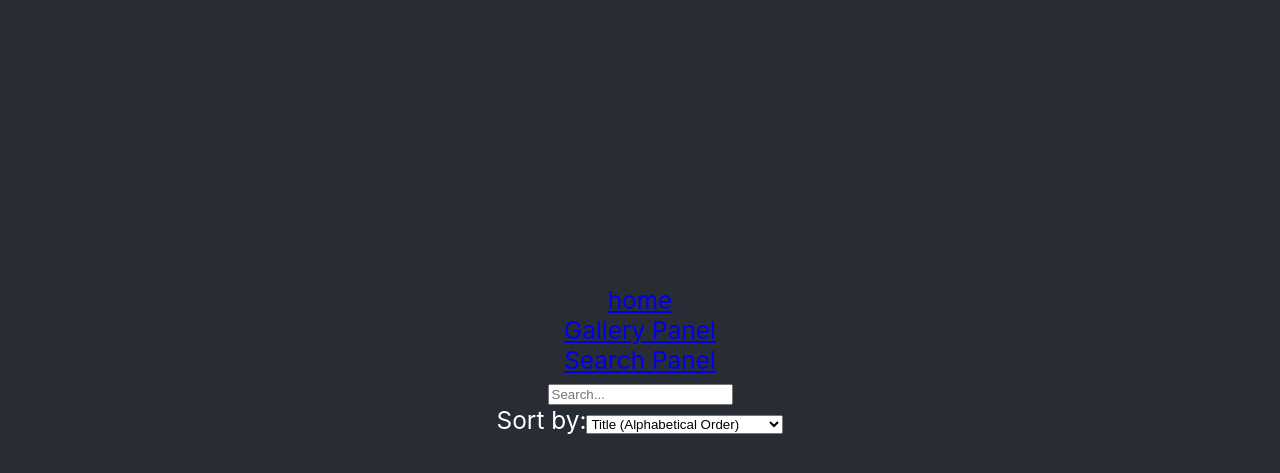
Repository: ZhengyuLi0929/ArtMuseum_ArtIC
Page: /list
An editor plug-in stored every save of this project. The page is shown before and after the next save, followed by the edit.
The browser window is 1280 px wide. The pictures show the whole page.
The project was rebuilt for these pictures with package versions that can differ from the ones it lists, and the page was loaded fresh each time. Also part of the build but not shown: src/home.tsx, src/gallery.tsx.

Above is the page before, as saved 2023-01-11 01:28:02.

### src/App.tsx
import React from 'react';
//import logo from './logo.svg';
import './App.css';
import {
  BrowserRouter as Router,
  Route,
  Routes,
  Link} from "react-router-dom"

import HomeView from './home';
import GalleryView from './gallery';
import ListView from './list';

function App() {
  return (
    <Router>
    <div className="App">
      <header className="App-header">
        <Link to ="/"> home </Link>
        <Link to ="/gallery"> Gallery Panel </Link>
        <Link to ="/list"> Search Panel </Link>
          <Routes>
            <Route path = "/" element = {<HomeView></HomeView>}/>
            <Route path = "/gallery" element = {<GalleryView></GalleryView>}/>
            <Route path = "/list" element = {<ListView></ListView>}/>
          </Routes>
      </header>
    </div>
    </Router>
  );
}

export default App;

### src/list.tsx
import * as React from 'react';
import axios from 'axios';

interface Image {
  id: number;
  image_id: string;
  title: string;
  url: string;
//   date_start: string;
//   _score: number;
}

interface State {
  searchTerm: string;
  searchResults: Image[];
  sortBy: 'title' | 'id';
}

const api = axios.create({ baseURL: 'https://api.artic.edu/api/v1/' });

class ListView extends React.Component<{}, State> {
  constructor(props: {}) {
    super(props);
    this.state = {
      searchTerm: '',
      searchResults: [],
      sortBy: 'title'
    };
  }

  handleSortChange = (event: React.ChangeEvent<HTMLSelectElement>) => {
    this.setState({ sortBy: event.target.value as 'title' | 'id' });
  }

  handleSearch = async (event: React.ChangeEvent<HTMLInputElement>) => {
    this.setState({searchTerm: event.target.value});

    try {
        const searchResponse = await api.get(`artworks/search?q=${this.state.searchTerm}&&fields=id,title,image_id&&limit=50`);
        const searchResults = searchResponse.data.data.map((image: Image) => {
          return {
            id: image.id,
            title: image.title,
            image_id: image.image_id,
            url: `http://www.artic.edu/iiif/2/${image.image_id}/full/843,/0/default.jpg`,
            // date_start: artworkData.date_start
          }
        });
        if (this.state.sortBy === 'title'){
            searchResults.sort((a: Image, b:Image) => (a.title > b.title) ? 1 : -1);
        }
        else if (this.state.sortBy === 'id'){
            searchResults.sort((a: Image, b:Image) => (a.id > b.id) ? 1 : -1);
        }
        this.setState({ searchResults });
      } catch (error) {
        console.log(error);
      }
    // make the api call
    // try {
    //     const response = await api.get(`artworks/search?q=${this.state.searchTerm}&&fields=id,title,image_id&&limit=50`);
    //     const tempResults = response.data.data.map((image: Image) => {
    //       return {
    //         id: image.id,
    //         title: image.title,
    //         url: `http://www.artic.edu/iiif/2/${image.image_id}/full/843,/0/default.jpg`
    //       }
    //     });
    //     this.setState({ searchResults: tempResults });
    // } catch (error) {
    //     console.log(error);
    // }
  }

  render() {
    return (
      <div>
        <input
          type="text"
          placeholder="Search..."
          value={this.state.searchTerm}
          onChange={this.handleSearch}
        />
        <div>
          <label>
            Sort by:
            <select value={this.state.sortBy} onChange={this.handleSortChange}>
              <option value="title">Title (Alphabetical Order) </option>
              <option value="date_start">Id (item ID assigned by ArtIC)</option>
            </select>
          </label>
        </div>
        <div>
          {this.state.searchResults.map((result, index) => (
            <div key={result.id}>
              <h2>{result.title}</h2>
              <img src={result.url} height = "200" alt={result.title}/>
              {this.state.sortBy === 'id' && <p>ID: {result.id}</p>}
            </div>
          ))}
        </div>
      </div>
    );
  }

}

export default ListView;



// export default function ListView(){
    // interface Image{
    //     id: number
    //     image_id: string
    //     title: string
    //     _score: number
    // }
    // const [imagesUrl, setImagesUrl] = useState<string[]>([]);
    // const [title, setTitle] = useState<string []>([]);

    // const api = axios.create({baseURL: 'https://api.artic.edu/api/v1/'})

    // api.get('artworks/search?q=monet&&fields=id,title,image_id&&limit=50')
    //     .then((res) => {
    //         const tempImage : string [] = []
    //         const tempTitle: string [] = []
    //         if (res.data) {
    //             res.data.data.map
    //             ((image: Image) =>{tempImage.push(`http://www.artic.edu/iiif/2/${image.image_id}/full/843,/0/default.jpg`)})
    //             res.data.data.map((image:Image) => {tempTitle.push(`${image.title}`)})
    //             setImagesUrl(tempImage)
    //             setTitle(tempTitle)
    //         }
    //     }
    //     )

//     return(
//         <div>
//             <div>
//                 Here is the Gallery Panel!
//             </div>
//             {
//                 imagesUrl.length ? imagesUrl.map(
//                     (url:string) => {
//                         return (
//                         <img src = {url} height = "200"></img>
//                         )
//                     }
//                 ) : <></>
//             }
//             {/* {
//                 title.length ? title.map(
//                     (name:string) => {
//                         return (
//                         <div>{name}</div>
//                         )
//                     }
//                 ) : <></>
//             } */}
//         </div>
//     )
// }

Loaded but not shown: public/index.html (common file); src/index.tsx (common file); src/index.css (common file); src/reportWebVitals.ts (common file); src/App.css (common file)

After the next save:
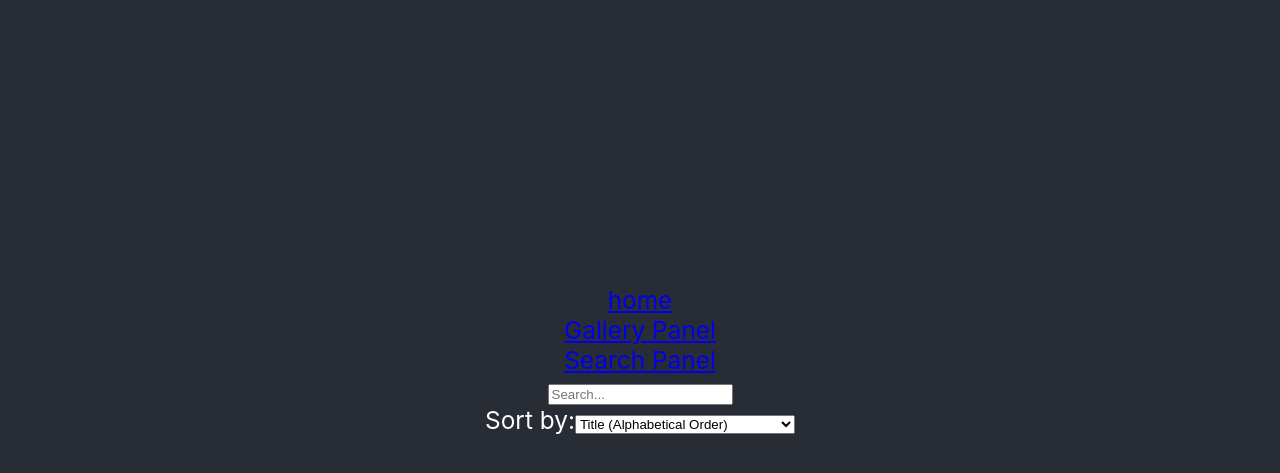
Saved 4 min 30 s later.
--- a/src/list.tsx
+++ b/src/list.tsx
@@ -6,14 +6,15 @@ interface Image {
   image_id: string;
   title: string;
   url: string;
+  width: number;
 //   date_start: string;
-//   _score: number;
+  _score: number;
 }
 
 interface State {
   searchTerm: string;
   searchResults: Image[];
-  sortBy: 'title' | 'id';
+  sortBy: 'title' | 'score';
 }
 
 const api = axios.create({ baseURL: 'https://api.artic.edu/api/v1/' });
@@ -29,7 +30,7 @@ class ListView extends React.Component<{}, State> {
   }
 
   handleSortChange = (event: React.ChangeEvent<HTMLSelectElement>) => {
-    this.setState({ sortBy: event.target.value as 'title' | 'id' });
+    this.setState({ sortBy: event.target.value as 'title' | 'score' });
   }
 
   handleSearch = async (event: React.ChangeEvent<HTMLInputElement>) => {
@@ -43,14 +44,15 @@ class ListView extends React.Component<{}, State> {
             title: image.title,
             image_id: image.image_id,
             url: `http://www.artic.edu/iiif/2/${image.image_id}/full/843,/0/default.jpg`,
-            // date_start: artworkData.date_start
+            // date_start: artworkData.date_start,
+            _score: image._score
           }
         });
         if (this.state.sortBy === 'title'){
             searchResults.sort((a: Image, b:Image) => (a.title > b.title) ? 1 : -1);
         }
-        else if (this.state.sortBy === 'id'){
-            searchResults.sort((a: Image, b:Image) => (a.id > b.id) ? 1 : -1);
+        else if (this.state.sortBy === 'score'){
+            searchResults.sort((a: Image, b:Image) => (a._score > b._score) ? 1 : -1);
         }
         this.setState({ searchResults });
       } catch (error) {
@@ -86,7 +88,7 @@ class ListView extends React.Component<{}, State> {
             Sort by:
             <select value={this.state.sortBy} onChange={this.handleSortChange}>
               <option value="title">Title (Alphabetical Order) </option>
-              <option value="date_start">Id (item ID assigned by ArtIC)</option>
+              <option value="date_start">score (a score assigned by ArtIC)</option>
             </select>
           </label>
         </div>
@@ -95,7 +97,7 @@ class ListView extends React.Component<{}, State> {
             <div key={result.id}>
               <h2>{result.title}</h2>
               <img src={result.url} height = "200" alt={result.title}/>
-              {this.state.sortBy === 'id' && <p>ID: {result.id}</p>}
+              {this.state.sortBy === 'score' && <p>score: {result._score}</p>}
             </div>
           ))}
         </div>
